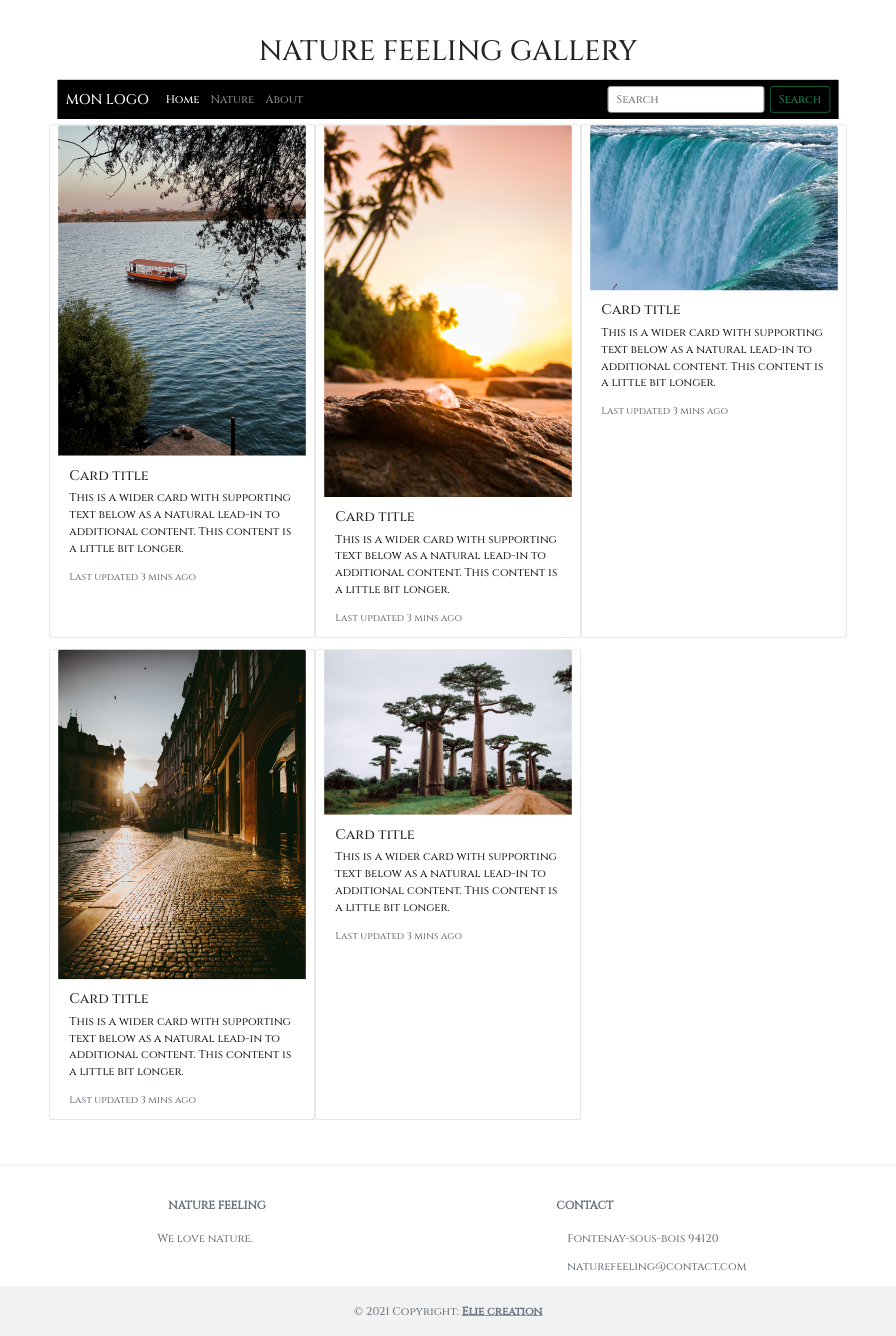
Repository: Elie-Dey/boot-start
Page: gallery.html
An editor plug-in stored every save of this project. The page is shown before and after the next save, followed by the edit.
The browser window is 1280 px wide. The pictures show the whole page, at 70% of full size.
Some web fonts or font styles are not loaded; a fallback is used.

Above is the page before, as saved 2021-08-19 19:01:02.

### gallery.html
<!DOCTYPE html>
<html lang="en">
  <head>
    <meta charset="UTF-8" />
    <meta http-equiv="X-UA-Compatible" content="IE=edge" />
    <meta name="viewport" content="width=device-width, initial-scale=1.0" />
    <link rel="stylesheet" href="style.css" />
    <link rel="preconnect" href="https://fonts.googleapis.com" />
    <link rel="preconnect" href="https://fonts.gstatic.com" crossorigin />
    <link
      href="https://fonts.googleapis.com/css2?family=Cinzel:wght@500&family=Style+Script&display=swap"
      rel="stylesheet"
    />
    <link
      href="https://cdn.jsdelivr.net/npm/bootstrap@5.1.0/dist/css/bootstrap.min.css"
      rel="stylesheet"
      integrity="sha384-KyZXEAg3QhqLMpG8r+8fhAXLRk2vvoC2f3B09zVXn8CA5QIVfZOJ3BCsw2P0p/We"
      crossorigin="anonymous"
    />
    <title>Nature gallery</title>
  </head>
  <body>
    <div class="container">
      <h1 class="titre text-center pb-2 text-uppercase">
        Nature Feeling Gallery
      </h1>
      <!--bar de navigation -->
      <nav class="navbar navbar-expand-lg navbar-dark bg-black mb-2">
        <div class="container-fluid">
          <a class="navbar-brand" href="index.html">MON LOGO</a>
          <button
            class="navbar-toggler"
            type="button"
            data-bs-toggle="collapse"
            data-bs-target="#navbarSupportedContent"
            aria-controls="navbarSupportedContent"
            aria-expanded="false"
            aria-label="Toggle navigation"
          >
            <span class="navbar-toggler-icon"></span>
          </button>
          <div class="collapse navbar-collapse" id="navbarSupportedContent">
            <ul class="navbar-nav me-auto mb-2 mb-lg-0">
              <li class="nav-item">
                <a class="nav-link active" aria-current="page" href="#">Home</a>
              </li>
              <li class="nav-item">
                <a class="nav-link" href="#">Nature</a>
              </li>

              <li class="nav-item">
                <a class="nav-link" href="#" tabindex="-1" aria-disabled="true"
                  >About</a
                >
              </li>
            </ul>
            <form class="d-flex">
              <input
                class="form-control me-2"
                type="search"
                placeholder="Search"
                aria-label="Search"
              />
              <button class="btn btn-outline-success" type="submit">
                Search
              </button>
            </form>
          </div>
        </div>
      </nav>
      <!--bar de navigation -->

      <div class="row">
        <!--Images cards-->
        <div class="card mb-3 col-md-6 col-xl-4">
          <img
            src="images/ahmed-babiker-X8U9Hzxy7cE-unsplash.jpg"
            class="card-img-top"
            alt="..."
          />
          <div class="card-body">
            <h5 class="card-title">Card title</h5>
            <p class="card-text">
              This is a wider card with supporting text below as a natural
              lead-in to additional content. This content is a little bit
              longer.
            </p>
            <p class="card-text">
              <small class="text-muted">Last updated 3 mins ago</small>
            </p>
          </div>
        </div>
        <div class="card mb-3 col-md-6 col-xl-4">
          <img
            src="images/florian-wehde-_2ECGFr12LM-unsplash.jpg"
            class="card-img-top"
            alt="..."
          />
          <div class="card-body">
            <h5 class="card-title">Card title</h5>
            <p class="card-text">
              This is a wider card with supporting text below as a natural
              lead-in to additional content. This content is a little bit
              longer.
            </p>
            <p class="card-text">
              <small class="text-muted">Last updated 3 mins ago</small>
            </p>
          </div>
        </div>
        <div class="card mb-3 col-md-6 col-xl-4">
          <img
            src="images/vince-veras-4xzIo1d5esI-unsplash.jpg"
            class="card-img-top"
            alt="..."
          />
          <div class="card-body">
            <h5 class="card-title">Card title</h5>
            <p class="card-text">
              This is a wider card with supporting text below as a natural
              lead-in to additional content. This content is a little bit
              longer.
            </p>
            <p class="card-text">
              <small class="text-muted">Last updated 3 mins ago</small>
            </p>
          </div>
        </div>
        <div class="card mb-3 col-md-6 col-xl-4">
          <img
            src="images/kevin-andre-9Q1t_docbak-unsplash.jpg"
            class="card-img-top"
            alt="..."
          />
          <div class="card-body">
            <h5 class="card-title">Card title</h5>
            <p class="card-text">
              This is a wider card with supporting text below as a natural
              lead-in to additional content. This content is a little bit
              longer.
            </p>
            <p class="card-text">
              <small class="text-muted">Last updated 3 mins ago</small>
            </p>
          </div>
        </div>
        <div class="card mb-3 col-md-6 col-xl-4">
          <img
            src="images/graphic-node-yPSbirjJWzs-unsplash.jpg"
            class="card-img-top"
            alt="..."
          />
          <div class="card-body">
            <h5 class="card-title">Card title</h5>
            <p class="card-text">
              This is a wider card with supporting text below as a natural
              lead-in to additional content. This content is a little bit
              longer.
            </p>
            <p class="card-text">
              <small class="text-muted">Last updated 3 mins ago</small>
            </p>
          </div>
        </div>

        <!--Images cards-->
      </div>
    </div>

    <!-- Footer -->
    <footer class="text-center text-lg-start bg-white text-muted">
      <!-- Section: Social media -->
      <section
        class="
          d-flex
          justify-content-center justify-content-lg-between
          p-4
          border-bottom
        "
      ></section>
      <!-- Section: Social media -->

      <!-- Section: Links  -->
      <section class="">
        <div class="container text-center text-md-start mt-5">
          <!-- Grid row -->
          <div class="row mt-3">
            <!-- Grid column -->
            <div class="col-md-3 col-lg-4 col-xl-3 mx-auto mb-4">
              <!-- Content -->
              <h6 class="text-uppercase fw-bold mb-4">
                <i class="fas fa-gem me-3"></i>Nature Feeling
              </h6>
              <p>We love nature.</p>
            </div>

            <!-- Grid column -->
            <div class="col-md-4 col-lg-3 col-xl-3 mx-auto mb-md-0 mb-4">
              <!-- Links -->
              <h6 class="text-uppercase fw-bold mb-4">Contact</h6>
              <p><i class="fas fa-home me-3"></i> Fontenay-sous-bois 94120</p>
              <p>
                <i class="fas fa-envelope me-3"></i>
                naturefeeling@contact.com
              </p>
            </div>
            <!-- Grid column -->
          </div>
          <!-- Grid row -->
        </div>
      </section>
      <!-- Section: Links  -->

      <!-- Copyright -->
      <div
        class="text-center p-4"
        style="background-color: rgba(0, 0, 0, 0.05)"
      >
        © 2021 Copyright:
        <a class="text-reset fw-bold" href="">Elie creation</a>
      </div>
      <!-- Copyright -->
    </footer>
    <!-- Footer -->

    <script
      src="https://cdn.jsdelivr.net/npm/bootstrap@5.1.0/dist/js/bootstrap.bundle.min.js"
      integrity="sha384-U1DAWAznBHeqEIlVSCgzq+c9gqGAJn5c/t99JyeKa9xxaYpSvHU5awsuZVVFIhvj"
      crossorigin="anonymous"
    ></script>
  </body>
</html>

### style.css
.titre {
  font-family: "Cinzel", serif;
  margin-top: 50px;
}

* {
  font-family: "Cinzel", serif;
}

After the next save:
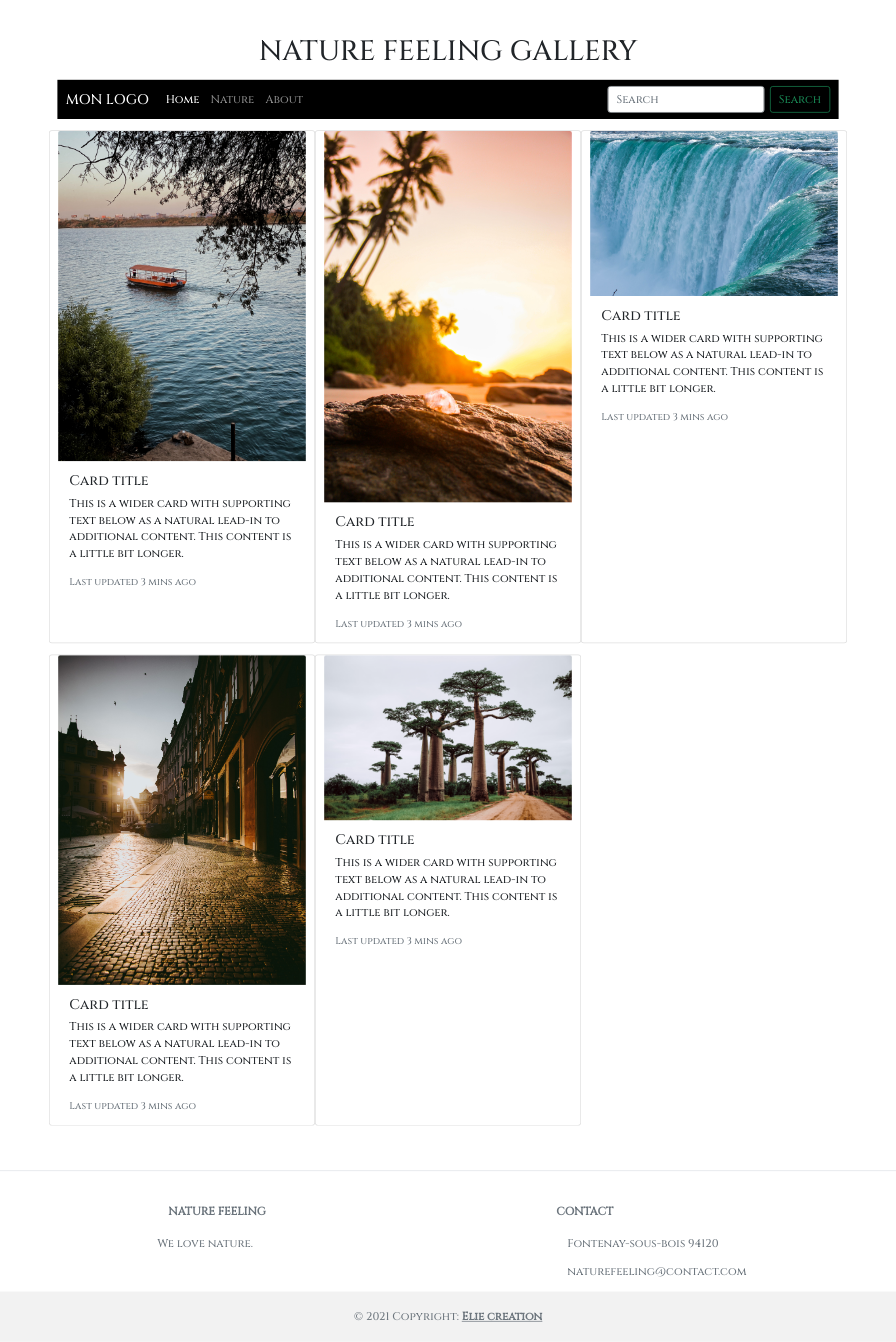
Saved 10 s later.
--- a/gallery.html
+++ b/gallery.html
@@ -25,7 +25,7 @@
         Nature Feeling Gallery
       </h1>
       <!--bar de navigation -->
-      <nav class="navbar navbar-expand-lg navbar-dark bg-black mb-2">
+      <nav class="navbar navbar-expand-lg navbar-dark bg-black mb-3">
         <div class="container-fluid">
           <a class="navbar-brand" href="index.html">MON LOGO</a>
           <button
